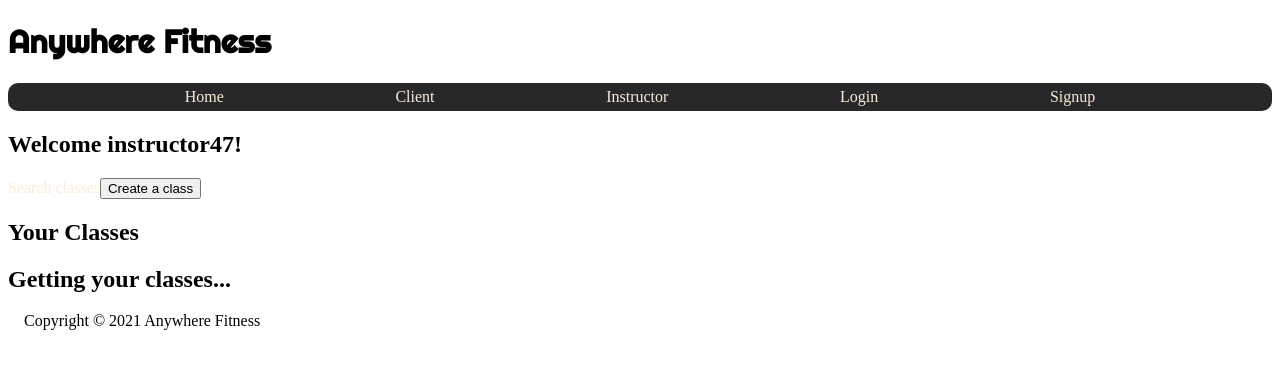
Repository: 10-21-BW-AnywhereFitness/frontend
Page: /instructor (app in anywherefitness-fe/)
These files come from the project's save history. The page is drawn as it stood at one moment and after a run of saves; the edit follows.
The browser window is 1280 px wide. The pictures show the whole page.
The page's requests for data from a server got no answer. Some web fonts or font styles are not loaded; a fallback is used. The project was rebuilt for these pictures with package versions that can differ from the ones it lists, and the page was loaded fresh each time. No one was signed in, and anything a server would have sent is missing. Also part of the build but not shown: anywherefitness-fe/src/components/pages/home.js, anywherefitness-fe/src/components/landing/ClientLanding.js, anywherefitness-fe/src/components/pages/client.js, anywherefitness-fe/src/components/landing/EditMenu.css, anywherefitness-fe/src/components/landing/EditMenu.js, anywherefitness-fe/src/components/landing/ClassDetails.js, anywherefitness-fe/src/components/landing/Popup.css, anywherefitness-fe/src/components/landing/Popup.js and 12 more.

Above is the page before, as saved 2021-10-22 10:51:22.

### anywherefitness-fe/public/index.html
<!DOCTYPE html>
<html lang="en">
  <head>
    <meta charset="utf-8" />
    <link rel="icon" href="%PUBLIC_URL%/favicon.ico" />
    <meta name="viewport" content="width=device-width, initial-scale=1" />
    <meta name="theme-color" content="#000000" />
    <link rel="preconnect" href="https://fonts.googleapis.com">
    <link rel="preconnect" href="https://fonts.gstatic.com" crossorigin>
    <link href="https://fonts.googleapis.com/css2?family=Righteous&family=Scheherazade+New&display=swap" rel="stylesheet">

      <title>Anywhere Fitness App</title>
  </head>
      <body>
        <div id="root"></div>
      </body>
</html>

### anywherefitness-fe/src/index.css
* {

}

body {

  font-family: 'Scheherazade New', serif;

}

code {
  font-family: source-code-pro, Menlo, Monaco, Consolas, 'Courier New',
    monospace;
}

h1{
  font-family: 'Righteous', cursive;
  color: black;
}

.logo-bar{
  margin: 0;
  padding:0;
}

.nav-bar{
  display: flex;
  justify-content: space-evenly;
  align-items: center;
  background-color: rgb(40, 40, 43);
  border-radius: 10px 10px;
  padding:5px;
  margin-top: 0;
}

a{
  color: antiquewhite;
  text-decoration: none;
}

.content-container{
  display: flex;
  flex-direction: row;
  justify-content: space-around;
}

.text-content{
  border: 1px solid red;
}

.workout-img{
  border: 1px solid red;
}

.workout-img img{
  width: 50%;
  height: 50%;
}

### anywherefitness-fe/src/App.js
import React from "react";
import { Route, Link } from "react-router-dom";
import "./App.css";
import NavBar from "./components/NavBar";
import Home from "./components/pages/home";
import Client from "./components/pages/client";
import Instructor from "./components/pages/instructor";
import Footer from "./components/Footer";
import Login from "./components/pages/login";
import Signup from "./components/pages/signup";
import ClientSearch from "./components/pages/ClientSearch"
import InstructorSearch from "./components/pages/instructorSearch";
import Reserved from './components/pages/Reserved'

function App() {
  return (
    <div className="App">
      <header className="header">
        <div className="logo-bar">
          <Link to="/" style={{ textDecoration: "none" }}>
            <h1>Anywhere Fitness</h1>
          </Link>
        </div>
        <NavBar />
      </header>

      <div className="main-content">
        <Route exact path="/">
          <Home />
        </Route>

        <Route path="/client/search">
          <ClientSearch />
        </Route>

        <Route path="/instructor/search">
          <InstructorSearch />
        </Route>

        <Route path="/client/reserved">
          <Reserved />
        </Route>

        <Route path="/client">
          <Client />
        </Route>

        <Route path="/instructor">
          <Instructor />
        </Route>

        <Route path="/login">
          <Login />
        </Route>

        <Route path="/signup">
          <Signup />
        </Route>


        <div className="footer-container">
          <Footer />
        </div>
      </div>
    </div>
  );
}

export default App;

### anywherefitness-fe/src/App.css
.App {
  text-align: ;
}

### anywherefitness-fe/src/components/NavBar.js
import React from "react";
import { Link } from "react-router-dom";

export default function NavBar() {
  return (
    <div className="nav-bar">
      <Link to="/" style={{ textDecoration: 'none' }}>Home</Link>
      <Link to="/client" style={{ textDecoration: 'none' }}>Client</Link>
      <Link to="/instructor" style={{ textDecoration: 'none' }}>Instructor</Link>
      <Link to="/login" style={{ textDecoration: 'none' }}>Login</Link>
      <Link to="/signup" style={{ textDecoration: 'none' }}>Signup</Link>
    </div>
  );
}

### anywherefitness-fe/src/components/pages/instructor.js
import React from "react";
import InstructorLanding from "../landing/InstructorLanding";

const fakeInstructor = {
  user_id: 3,
  username: "instructor47",
  role_id: 0,
};

const Instructor = (props) => {
  return (
    <div>
      <InstructorLanding userInfo={fakeInstructor} />
    </div>
  );
};

export default Instructor;

### anywherefitness-fe/src/components/Footer.js
import React from "react";
import { CardFooter } from "reactstrap";

export default function Footer() {
  return (
    <div className="contact-container">
      <CardFooter className="center">
        <p className="text-center">Copyright &copy; 2021 Anywhere Fitness</p>
      </CardFooter>
    </div>
  );
}

### anywherefitness-fe/src/constant/constant.js
export const API_URL_BASE = "https://buildweek-backend-10-21.herokuapp.com";
export const PATH_REGISTER = "/api/auth/register";
export const PATH_LOGIN = "/api/auth/login";
export const PATH_PUBLIC_GET_CLASSES = "/api/client/public/classes";
export const PATH_CLIENT_GET_CLASSES = "/api/client/classes/";
export const PATH_CLIENT_RESERVED_CLASSES = `/api/client/${getUserID()}/classes`;

export const PATH_INSTRUCTOR_ADD_CLASS = `/api/instructor/${getUserID()}/classes/`;
export const PATH_INSTRUCTOR_GET_CLASSES = `/api/instructor/${getUserID()}/classes/`;
export const PATH_INSTRUCTOR_DELETE_CLASS_BY_ID = `/api/instructor/${getUserID()}/classes/`;
export const PATH_INSTRUCTOR_GET_CLASS_BY_ID = `/api/instructor/${getUserID()}/classes/`;
export const PATH_CLIENT_GET_CLASS_BY_ID = `/api/client/classes/`;
export const PATH_CLIENT_MAKE_A_CLASS_RESERVATION = `/api/client/classes/`;
export const PATH_CLIENT_DELETE_A_CLASS_RESERVATION = `/api/client/${getUserID()}/classes/`;
export const PATH_CLIENT_GET_ALL_RESERVED_CLASSES = `/api/client/${getUserID()}/classes/`;
export const PATH_CLIENT_GALL_ALL_AVAILABLE_CLASSES = `/api/client/classes`;

export function setWelcomeMessage(welcomeMessage) {
  localStorage.setItem("welcomeMessage", welcomeMessage);
}

export function getWelcomeMessage() {
  return localStorage.getItem("welcomeMessage");
}

export function setToken(tokenValue) {
  localStorage.setItem("token", tokenValue);
}
export function getToken() {
  if (localStorage.getItem("token")) {
    return localStorage.getItem("token");
  } else {
    return "";
  }
}

export function setRole(role_id) {
  localStorage.setItem("role_id", role_id);
}

export function getRole() {
  return localStorage.getItem("role_id");
}

export function setUserID(user_id) {
  localStorage.setItem("user_id", user_id);
}

export function getUserID() {
  return localStorage.getItem("user_id");
}

export function createClientCredential(username, password) {
  return { username: username, password: password, role_id: "client" };
}

export function createInstructorCredential(username, password) {
  return { username: username, password: password, role_id: "instructor" };
}

export function getClientCredential() {
  return { username: "tomtom5", password: "tomtom5" };
}

export function getInstructorCredential() {
  return { username: "masonj", password: "masonj" };
}

export function getNewClass() {
  return {
    class_name: "class one" + JSON.stringify(Date.now()),
    // "class_name": "class one" ,
    class_type: "type one",
    class_date: "10/11/2021",
    class_time: "17:00",
    class_duration: 25,
    class_intensity: "low",
    class_location: "location one",
    class_registered_clients: 0,
    class_max: 30,
  };
}

### anywherefitness-fe/src/components/landing/InstructorLanding.js
import React, { useState, useEffect } from "react";
import axios from "axios";
import { useHistory, Link } from "react-router-dom";
import ClassDetails from "./ClassDetails";
import Popup from "./Popup";
import ClassForm from "./ClassForm";
import * as api from "../../api/api_calls";
import { Button, Card } from "reactstrap";

const initialClass = {
  class_name: "",
  class_type: "",
  class_date: "",
  class_time: "",
  class_duration: "",
  class_intensity: "",
  class_location: "",
  class_registered_clients: "",
  class_max: "",
};

const InstructorLanding = (props) => {
  const { username } = props.userInfo;
  const [teachingClasses, setTeachingClasses] = useState([]);
  const [openPopup, setOpenPopup] = useState(false);
  const [newClass, setNewClass] = useState(initialClass);
  const [editMode, setEditMode] = useState(false);

  useEffect(() => {
    api
      .instructor_get_all_classes()
      .then((res) => {
        console.log("instructor_get_all_classes, res.data = ", res.data);
        setTeachingClasses(res.data);
      })
      .catch((error) => {
        console.log("error ", error);
      });
  }, []);

  const getClassIndex = (class_id) => {
    return teachingClasses.findIndex((aClass) => aClass.class_id === class_id);
  };

  const postNewClass = (newClassSubmit) => {
    api
      .instructor_add_one_class(newClassSubmit)
      .then((res) => {
        setTeachingClasses([res.data, ...teachingClasses]);
        setNewClass(initialClass);
        setOpenPopup(false);
      })
      .catch((err) => {
        console.log(err);
      });
  };

  const editClass = (class_id) => {
    const classes = [...teachingClasses];
    classes.splice(getClassIndex(class_id), 1, newClass);
    setTeachingClasses(classes);
    setNewClass(initialClass);
    setOpenPopup(false);
  };

  const createOnClick = () => {
    setEditMode(false);
    setNewClass(initialClass);
    setOpenPopup(true);
  };

  const editOnClick = (class_id) => {
    setEditMode(true);
    setNewClass(teachingClasses[getClassIndex(class_id)]);
    setOpenPopup(true);
  };

  const onChange = (name, value) => {
    setNewClass({ ...newClass, [name]: value });
  };

  const onSubmit = (class_id) => {
    const newClassSubmit = {
      class_name: newClass.class_name,
      class_type: newClass.class_type,
      class_date: newClass.class_date,
      class_time: newClass.class_time,
      class_duration: parseInt(newClass.class_duration),
      class_intensity: newClass.class_intensity,
      class_location: newClass.class_location.trim(),
      class_registered_clients: newClass.class_registered_clients
        ? parseInt(newClass.class_registered_clients)
        : 0,
      class_max: parseInt(newClass.class_max),
    };

    editMode ? editClass(class_id) : postNewClass(newClassSubmit);
  };

  const removeClass = (class_id) => {
    api
      .instructor_delete_class_by_id(class_id)
      .then((res) => {
        const classes = [...teachingClasses];
        classes.splice(getClassIndex(class_id), 1);
        setTeachingClasses(classes);
      })
      .catch((err) => {
        console.log(err);
      });
  };

  return (
    <div className="instructor-landing">
      <h2>Welcome {username}!</h2>
      <Link to="/search">Search classes</Link>
      <button onClick={createOnClick}>Create a class</button>
      <Popup trigger={openPopup} open={setOpenPopup}>
        <h3>{editMode ? "Edit Class" : "Create A Class"}</h3>
        <ClassForm
          newClass={newClass}
          change={onChange}
          submit={onSubmit}
          open={setOpenPopup}
        />
      </Popup>
      <h2>Your Classes</h2>
      <div className="instructor-classes">
        {teachingClasses.length === 0 ? (
          <h2>Getting your classes...</h2>
        ) : (
          teachingClasses.map((_class) => (
            <ClassDetails
              key={_class.class_id}
              _class={_class}
              instructor={true}
              edit={editOnClick}
              remove={removeClass}
              popupOpen={openPopup}
            />
          ))
        )}
      </div>
    </div>
  );
};

export default InstructorLanding;

### anywherefitness-fe/src/api/api_calls.js
import axios from "axios";
import * as con from "../constant/constant";

const axiosWithAuth = () => {
  return axios.create({
    baseURL: con.API_URL_BASE,
    headers: {
      authorization: con.getToken(),
    },
  });
};

export const API_CALL_registerUser = (credential) => {
  return axios.post(con.API_URL_BASE + con.PATH_REGISTER, credential);
};

export const API_Call_loginService = (credential) => {
  console.log(
    "con.API_URL_BASE + con.PATH_LOGIN = ",
    con.API_URL_BASE + con.PATH_LOGIN
  );
  return axios.post(con.API_URL_BASE + con.PATH_LOGIN, credential);
};

export const API_Call_logoutService = () => {
  con.setToken("");
  con.setRole("");
  con.setUserID("");
  con.setWelcomeMessage("");
};

//==================================================================
export const client_make_a_reservation_by_id = (id) => {
  console.log(
    "PATH_CLIENT_MAKE_A_CLASS_RESERVATION + id =",
    con.PATH_CLIENT_MAKE_A_CLASS_RESERVATION + id
  );
  console.log("getToken = ", con.getToken());
  return axiosWithAuth().post(
    con.PATH_CLIENT_MAKE_A_CLASS_RESERVATION + id,
    {}
  );
};

export const instructor_add_one_class = (object) => {
  return axiosWithAuth().post(con.PATH_INSTRUCTOR_ADD_CLASS, object);
};

//==================================================================
export const client_get_class_by_id = (id) => {
  return axiosWithAuth().get(con.PATH_CLIENT_GET_CLASSES + id);
};

export const instructor_get_class_by_id = (id) => {
  return axiosWithAuth().get(con.PATH_INSTRUCTOR_GET_CLASS_BY_ID + id);
};

//=================================================================
export const client_get_all_available_classes = () => {
  console.log(
    "PATH_CLIENT_GALL_ALL_AVAILABLE_CLASSES = ",
    con.PATH_CLIENT_GALL_ALL_AVAILABLE_CLASSES
  );
  return axiosWithAuth().get(con.PATH_CLIENT_GALL_ALL_AVAILABLE_CLASSES);
};

export const client_get_one_reserved_class_by_id = (id) => {
  return axiosWithAuth().get(con.PATH_CLIENT_GET_ALL_RESERVED_CLASSES + id);
};

export const client_get_all_reserved_classes = () => {
  console.log(
    "PATH_CLIENT_GET_ALL_RESERVED_CLASSES = ",
    con.PATH_CLIENT_GET_ALL_RESERVED_CLASSES
  );
  return axiosWithAuth().get(con.PATH_CLIENT_GET_ALL_RESERVED_CLASSES);
};

export const instructor_get_all_classes = () => {
  console.log(
    "con.PATH_INSTRUCTOR_GET_CLASSES = ",
    con.PATH_INSTRUCTOR_GET_CLASSES
  );
  return axiosWithAuth().get(con.PATH_INSTRUCTOR_GET_CLASSES);
};

//=================================================================
// export const API_Call_updateByID = (PATH_UPDATE, ID, object) => {
//   return axiosWithAuth().put(PATH_UPDATE + ID, object);
// };

//============================================================
export const client_delete_reservation_by_id = (id) => {
  return axiosWithAuth().delete(
    con.PATH_CLIENT_DELETE_A_CLASS_RESERVATION + id
  );
};

export const instructor_delete_class_by_id = (id) => {
  return axiosWithAuth().delete(con.PATH_INSTRUCTOR_DELETE_CLASS_BY_ID + id);
};

### anywherefitness-fe/src/components/landing/Search.css
.main-cont{
    background-color: lightgrey;
}

.input-cont{
    display: flex;
    flex-direction: column;
    justify-content: center;
    align-items: center;
    font-family: Arial, Helvetica, sans-serif;
    margin: 2rem;
    width: 100%;
}

input{
    margin-top: 2rem;
    width: 30rem;
    height: 4rem;
}
.search{
    font-size: 2rem;
    padding-left: 1rem;
    border-radius: 1rem;
    border: rgba(169, 169, 169, 0.534) solid 2px;
    background-color: black;
    color: lightgray;
}

.intense{
    width: 500px;
    display: flex;
    flex-direction: row;
    align-content: center;
    margin-top: 2rem;
}
p{
    margin: 1rem;
}


.searched-cont{
    display: flex;
    flex-wrap: wrap;
    justify-content: space-around;
}

.classes-cont{
    margin: 1.5%;
}

.checkbox-cont input{
    display: none;
}

.checkbox-cont{
    display: inline-block;
    width: 30%;
    padding-left: 3rem;
    position: relative;
    cursor: pointer;
    font-family: Arial, Helvetica, sans-serif;
}

.checkbox-cont .checkmark{
    display: inline-block;
    width: 2.5rem;
    height: 2.5rem;
    background: #eee;
    position: absolute;
    left: 0;
    top: 0;
    border-radius: 3px;
}

.checkbox-cont input:checked + .checkmark{
    background-color: #2196fc;
}

.checkbox-cont input:checked + .checkmark::after{
    content: "";
    position: absolute;
    height: 4px;
    width: 9px;
    border-left: 2px solid white;
    border-bottom: 2px solid white;
    top: 45%;
    left: 50%;
    transform: translate(-50%,-50%) rotate(-45deg);
}

.checkbox-cont p{
    margin: 12px;
}

Loaded but not shown: anywherefitness-fe/src/index.js (common file)

After the next 15 saves:
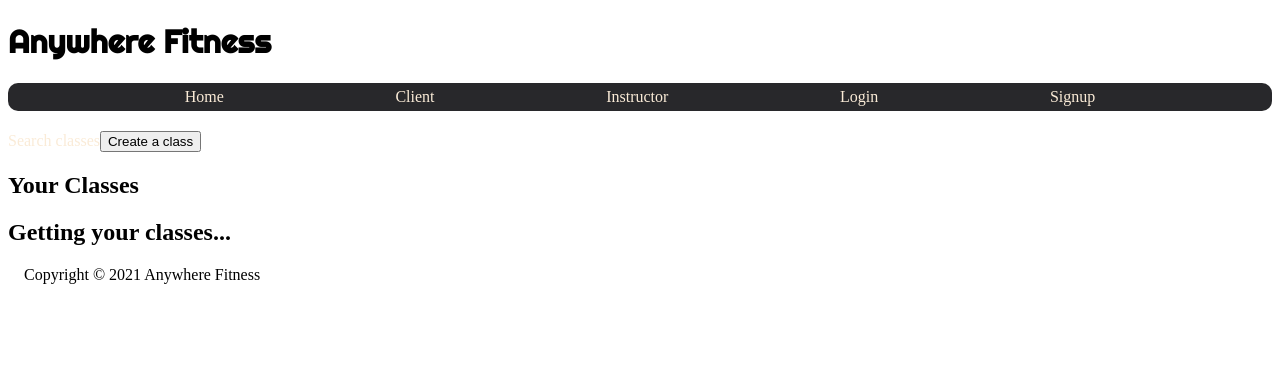
The 15 saves are shown as one change because 4 did not build or start and some came seconds apart.
The last was saved 4 min 2 s later.
--- a/anywherefitness-fe/src/components/landing/InstructorLanding.js
+++ b/anywherefitness-fe/src/components/landing/InstructorLanding.js
@@ -6,6 +6,7 @@ import Popup from "./Popup";
 import ClassForm from "./ClassForm";
 import * as api from "../../api/api_calls";
 import { Button, Card } from "reactstrap";
+import * as con from "../../constant/constant";
 
 const initialClass = {
   class_name: "",
@@ -20,7 +21,6 @@ const initialClass = {
 };
 
 const InstructorLanding = (props) => {
-  const { username } = props.userInfo;
   const [teachingClasses, setTeachingClasses] = useState([]);
   const [openPopup, setOpenPopup] = useState(false);
   const [newClass, setNewClass] = useState(initialClass);
@@ -112,7 +112,7 @@ const InstructorLanding = (props) => {
 
   return (
     <div className="instructor-landing">
-      <h2>Welcome {username}!</h2>
+      <h2>{con.getWelcomeMessage()}</h2>
       <Link to="/search">Search classes</Link>
       <button onClick={createOnClick}>Create a class</button>
       <Popup trigger={openPopup} open={setOpenPopup}>
